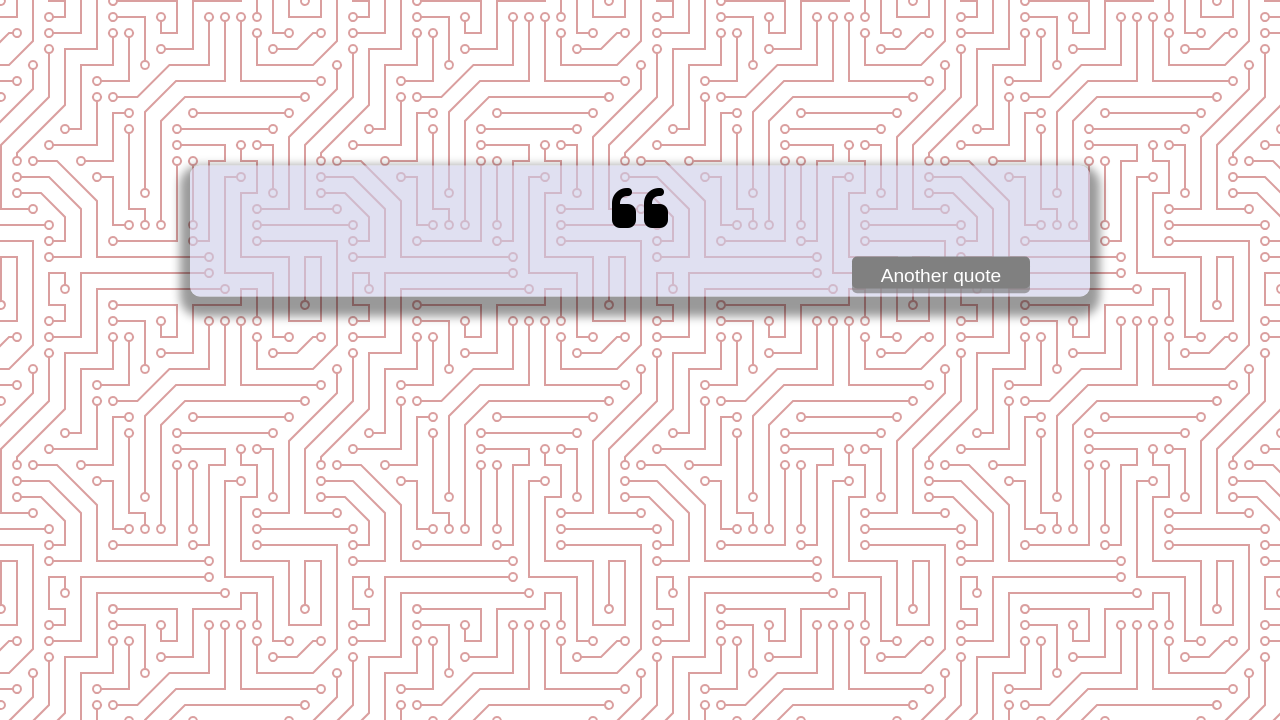
Repository: bmbrdr/QuoteGenerator
Page: index.html
An editor plug-in stored every save of this project. The page is shown before and after the next save, followed by the edit.
The browser window is 1280 px wide. The pictures show the whole page.
The page's requests for data from a server got no answer. Some web libraries are served in a nearby version.

Above is the page before, as saved 2021-12-24 21:15:47.

### index.html
<!DOCTYPE html>
<html lang="en">
<head>
    <script src="https://kit.fontawesome.com/121cc13a68.js" crossorigin="anonymous"></script>
    <meta charset="UTF-8">
    <meta http-equiv="X-UA-Compatible" content="IE=edge">
    <meta name="viewport" content="width=device-width, initial-scale=1.0">
    <link rel="icon" type="image/png" href="https://cdnjs.cloudflare.com/ajax/libs/font-awesome/6.0.0-beta2/css/all.min.css">
    <link rel="stylesheet" href="style.css">
    <title>Quote Generator</title>
</head>
<body>
    <div class="quote-container" id="quote-container">
        <div class="quote-text">
            <i class="fas fa-quote-left"></i>
            <span class="quote"></span>

        <div class="quote-author">
                <span class="author"></span>
        </div>

            <button class="new-quote">Another quote</button>

        </div>

    </div>


    <script src="main.js"></script>
</body>
</html>

### style.css
/* global styles  */
*{
    padding: 0;
    margin: 0;
    box-sizing: border-box;
}
/* html{
    position: relative;
} */
body{
    background-color:  97,203,225;
    background-image: url("data:[embedded picture, 5329 characters]");
    color: #000;
    font-family: 'Franklin Gothic Medium', 'Arial Narrow', Arial, sans-serif;
    font-weight: 700;
    text-align: center;
    position: relative;
    /* top:50%;
    left:50%;
    transform:  translate(-50%, 50%); */
}




/* text styles */

.quote-container{
    position: relative;
    top: 100px;
    left: 50%;
    transform: translate(-50%, 50%);
    width: auto;
    max-width: 900px;
    padding: 10px 60px 40px;
    border-radius: 10px;
    background-color: rgba(204,204,232, .6);
    box-shadow: 0 10px 10px 10px rgba(0,0,0, .4);
}

.quote-text{
    font-size: 2.7rem;

}

.fa-quote-left{
    font-size: 4rem;
}

.quote-author{
    margin-top: 15px;
    font-size: 2rem;
    font-weight: 400;
    font-style: italic;
}




/* buttons style */

.new-quote{
    float: right;
}

button{
    cursor: pointer;
    font-size: 1.2rem;
    height: 2rem;
    border: none;
    border-radius: 5px;
    color: white;
    background-color: gray;
    outline: none;
    padding: .5rem 1.8rem;
    box-shadow: 0 0.3rem rgba(121, 121, 121, .65);

}

button:hover{
    filter: brightness(110%);
}

button:active{
    transform: translate(0, .1rem);
    box-shadow: 0 .15rem rgba(gray, .65);
}

### main.js
// Constants

const quoteContainer = document.querySelector("#quote-container");
const quoteText = document.querySelector('.quote');
const authorText = document.querySelector('.author');
const newQuoteBtn = document.querySelector('.new-quote');



// API Array
let apiMotivation = [];


//  Displaying random quote
function newQuote(){
    const quote = apiMotivation[Math.floor(Math.random()* apiMotivation.length)]

    if(!quote.author){
        quote.author= "Unknown";
    }
    authorText.textContent= quote.author;
    quoteText.textContent= quote.text;
}


//  Main system
async function getMotivation(){
    const apiUrl = "https://type.fit/api/quotes";


    try{
        const respone = await fetch(apiUrl);
        apiMotivation = await respone.json();
        newQuote();

    } catch{
        // Catch error
    }
}

// Button

newQuoteBtn.addEventListener('click',newQuote);


//  Calling just to check
getMotivation();

After the next save:
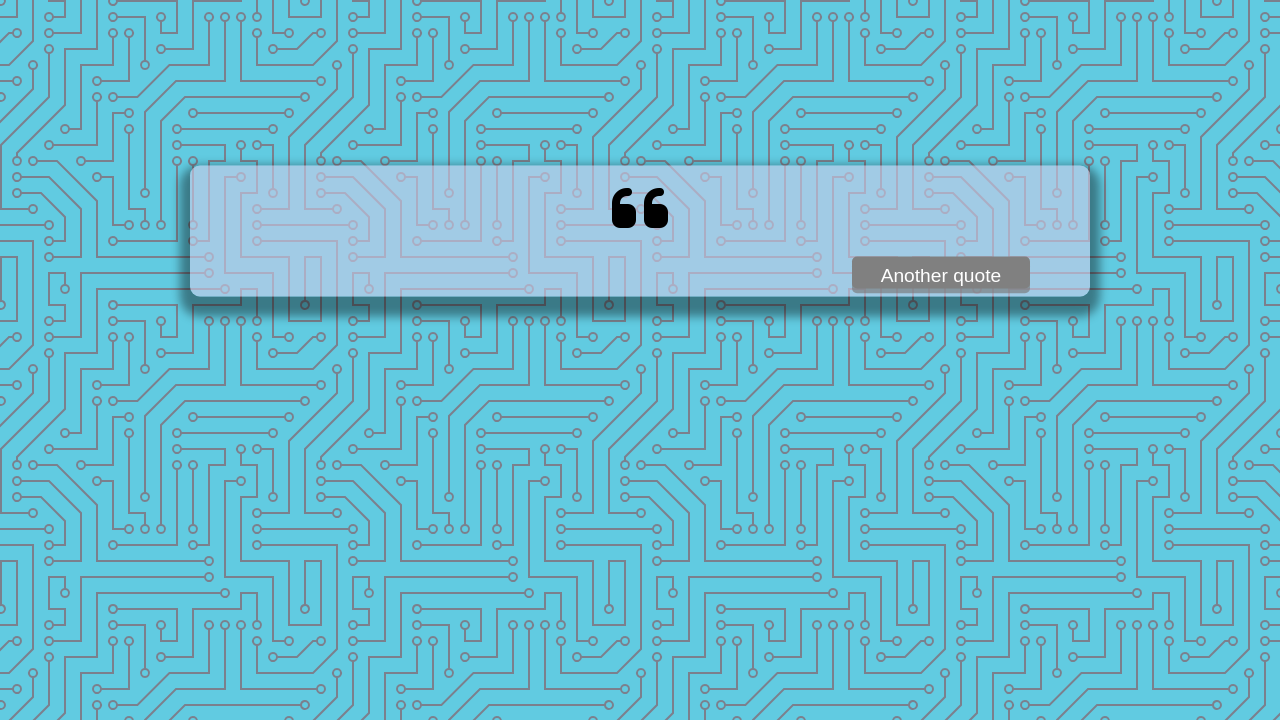
Saved 11 s later.
--- a/style.css
+++ b/style.css
@@ -8,7 +8,7 @@
     position: relative;
 } */
 body{
-    background-color:  97,203,225;
+    background-color:  rgb(97,203,225);
     background-image: url("data:[embedded picture, 5329 characters]");
     color: #000;
     font-family: 'Franklin Gothic Medium', 'Arial Narrow', Arial, sans-serif;
